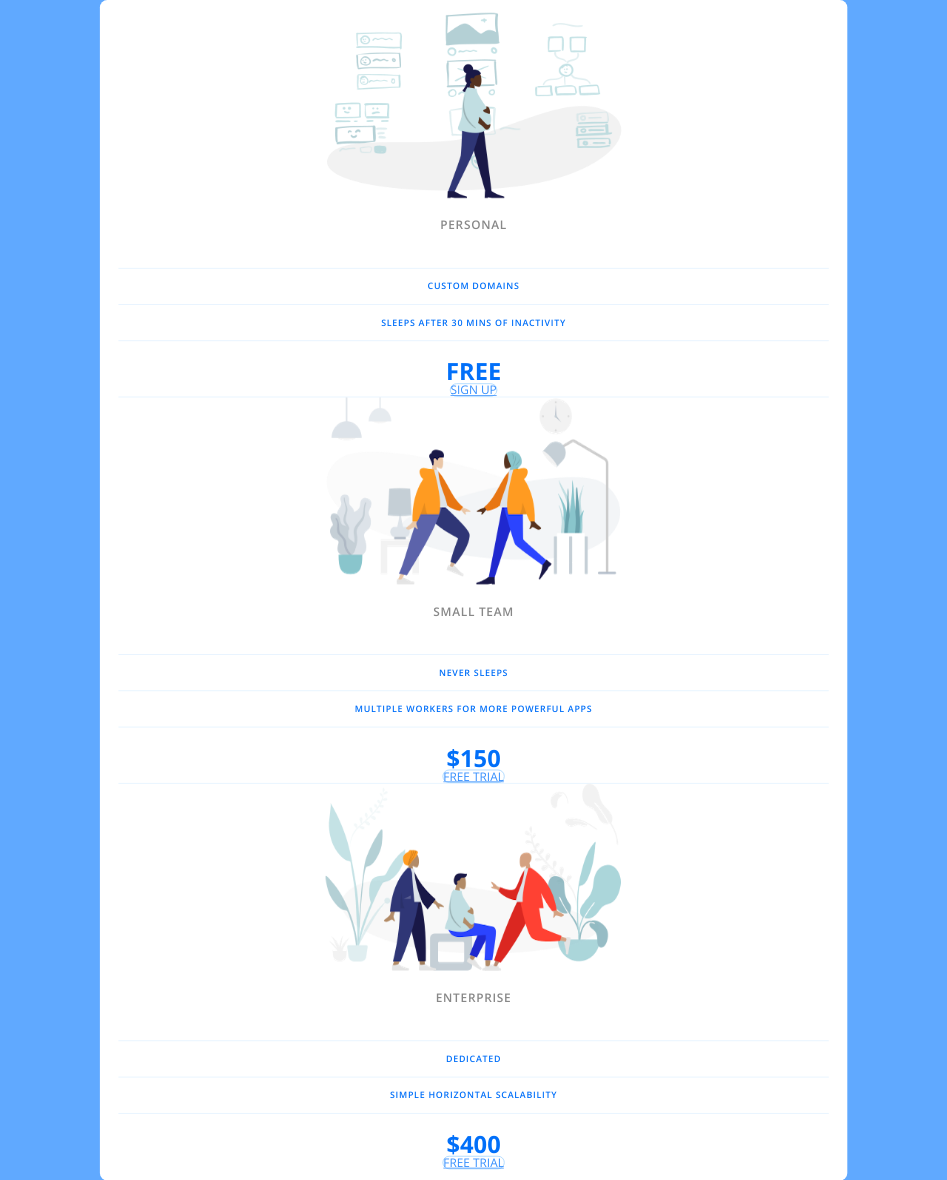
Repository: patrik-fredlund/pricing_panel_udemy
Page: PriceTableStarter/index.html
These files come from the project's save history. The page is drawn as it stood at one moment and after the next save; the edit follows.
The browser window is 1280 px wide. The pictures show the whole page, at 74% of full size.

Above is the page before, as saved 2021-06-27 13:47:32.

### PriceTableStarter/index.html
<!DOCTYPE html>
<html lang="en">

<head>
    <meta charset="UTF-8">
    <meta name="viewport" content="width=device-width, initial-scale=1.0">
    <title>Price Tiers</title>
    <link rel="stylesheet" href="https://fonts.googleapis.com/css?family=Open+Sans:400,600,700">
    <link rel="stylesheet" href="app.css">
</head>

<body>
    <div class="panel pricing-table">

        <div class="pricing-plan">
            <img src="icons/icon1.png" alt="" class="pricing-img">
            <h2 class="pricing-header">Personal</h2>
            <ul class="pricing-features">
                <li class="pricing-features-item">Custom domains</li>
                <li class="pricing-features-item">Sleeps after 30 mins of inactivity</li>
            </ul>
            <span class="pricing-price">Free</span>
            <a href="#/" class="pricing-button">Sign up</a>
        </div>

        <div class="pricing-plan">
            <img src="icons/icon2.png" alt="" class="pricing-img">
            <h2 class="pricing-header">Small team</h2>
            <ul class="pricing-features">
                <li class="pricing-features-item">Never sleeps</li>
                <li class="pricing-features-item">Multiple workers for more powerful apps</li>
            </ul>
            <span class="pricing-price">$150</span>
            <a href="#/" class="pricing-button is-featured">Free trial</a>
        </div>

        <div class="pricing-plan">
            <img src="icons/icon3.png" alt="" class="pricing-img">
            <h2 class="pricing-header">Enterprise</h2>
            <ul class="pricing-features">
                <li class="pricing-features-item">Dedicated</li>
                <li class="pricing-features-item">Simple horizontal scalability</li>
            </ul>
            <span class="pricing-price">$400</span>
            <a href="#/" class="pricing-button">Free trial</a>
        </div>

    </div>

</body>

</html>

### PriceTableStarter/app.css
/* http://meyerweb.com/eric/tools/css/reset/
   v2.0 | 20110126
   License: none (public domain)
*/

/* ---------------css reset------------------ */

html, body, div, span, applet, object, iframe,
h1, h2, h3, h4, h5, h6, p, blockquote, pre,
a, abbr, acronym, address, big, cite, code,
del, dfn, em, img, ins, kbd, q, s, samp,
small, strike, strong, sub, sup, tt, var,
b, u, i, center,
dl, dt, dd, ol, ul, li,
fieldset, form, label, legend,
table, caption, tbody, tfoot, thead, tr, th, td,
article, aside, canvas, details, embed,
figure, figcaption, footer, header, hgroup,
menu, nav, output, ruby, section, summary,
time, mark, audio, video {
	margin: 0;
	padding: 0;
	border: 0;
	font-size: 100%;
	font: inherit;
	vertical-align: baseline;
}
/* HTML5 display-role reset for older browsers */
article, aside, details, figcaption, figure,
footer, header, hgroup, menu, nav, section {
	display: block;
}
body {
	line-height: 1;
}
ol, ul {
	list-style: none;
}
blockquote, q {
	quotes: none;
}
blockquote:before, blockquote:after,
q:before, q:after {
	content: '';
	content: none;
}
table {
	border-collapse: collapse;
	border-spacing: 0;
}


/* ------------------------------------------- */

html {
    box-sizing: border-box;
    font-family: 'Open Sans', sans-serif;
}

body {
    background-color: #60a9ff;
    display: flex;
    justify-content: center;
    align-items: center;
    min-height: 100vh;
}

.panel {
    background-color: white;
    border-radius: 10px;
    padding: 15px 25px;
    width: 100%;
    max-width: 960px;
    display: flex;
    flex-direction: column;
    text-align: center;
    text-transform: uppercase;
}

.pricing-plan {
    border-bottom: 1px solid #e1f1ff;
}

.pricing-plan:last-child {
    border-bottom: none;
}

.pricing-img {
    margin-bottom: 25px;
    /* width: 100%; */
    max-width: 100%;
}

.pricing-header {
    color: #888;
    font-weight: 600;
    letter-spacing: 1px;
}

.pricing-features {
    margin: 50px 0 25px;
    color: #016ff9;
}

.pricing-features-item {
    font-weight: 600;
    letter-spacing: 1px;
    font-size: 12px;
    line-height: 1.5;
    padding: 15px 0;
    border-top: 1px solid #e1f1ff;;

}

.pricing-features-item:last-child {
    border-bottom: 1px solid #e1f1ff;;

}

.pricing-price {
    color: #016ff9;
    display: block;
    font-size: 32px;
    font-weight: 700;
}

.pricing-button {
    border: 1px solid #9dd1ff;
    border-radius: 10px;
    color: #348efe;
    display: inline-block;
}

After the next save:
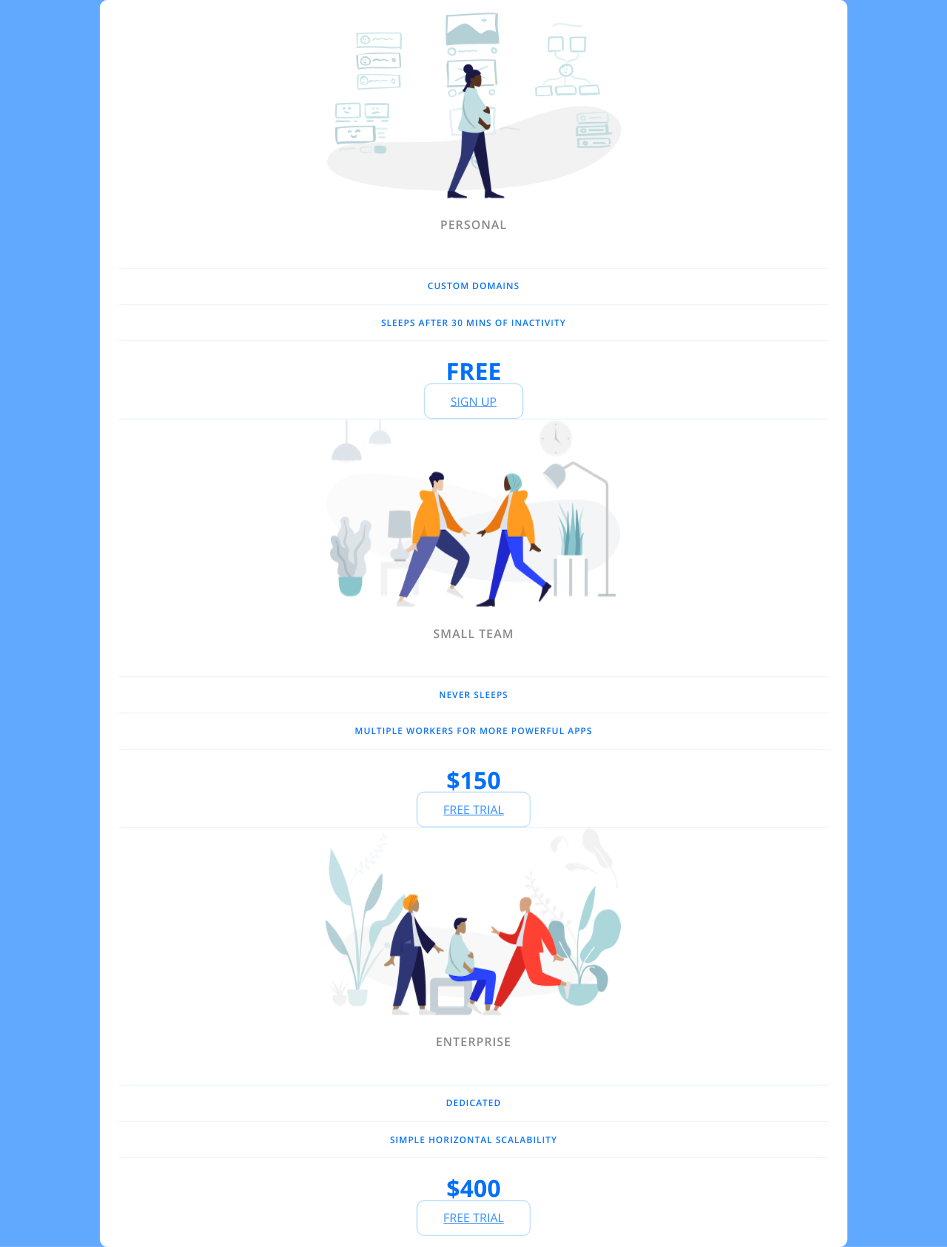
Saved 3 min 5 s later.
--- a/PriceTableStarter/app.css
+++ b/PriceTableStarter/app.css
@@ -129,4 +129,5 @@ body {
     border-radius: 10px;
     color: #348efe;
     display: inline-block;
+    padding: 15px 35px;
 }
